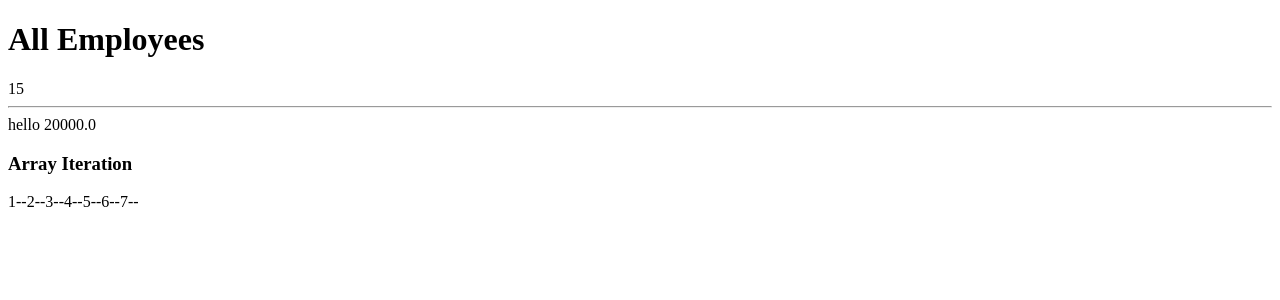
Repository: imtiyaz-hirani/cg-jan-23
Page: http://localhost/MySpringApp/employees
The author's editor kept a copy of each file at every save. The page is drawn from the files as they stood at one save, then again after the next save.
The browser window is 1280 px wide. The pictures show the whole page.
The page is served by Tomcat 9. Other server files are loaded and not shown.

Above is the page before, as saved 2023-01-12 07:01:58.

### MySpringApp/WebContent/WEB-INF/jsps/employees.jsp
<%@ page language="java" contentType="text/html; charset=ISO-8859-1"
    pageEncoding="ISO-8859-1"%>
<!DOCTYPE html>
<html>
<head>
<meta charset="ISO-8859-1">
<title>Insert title here</title>
</head>
<body>
<h1>All Employees</h1>
<%
int x=5;
int y=10;
%>
<%=x+y %>
 <hr>
 <%
 	String value = (String)request.getAttribute("msg");
 	double priceVal = (double) request.getAttribute("price");

 %>
 <%=value %>
 <%=priceVal %>

 <h3>Array Iteration</h3>
 <%
 Integer[] iarry = (Integer[])request.getAttribute("iarry");

 for(Integer i :iarry){
	 out.print(i + "--");
 }
 %>


</body>
</html>

<!--
Java Code
HTML Code + CSS
 -->

### MySpringApp/src/com/spring/app/main/service/EmployeeService.java
package com.spring.app.main.service;

public class EmployeeService {

}

After the next save:
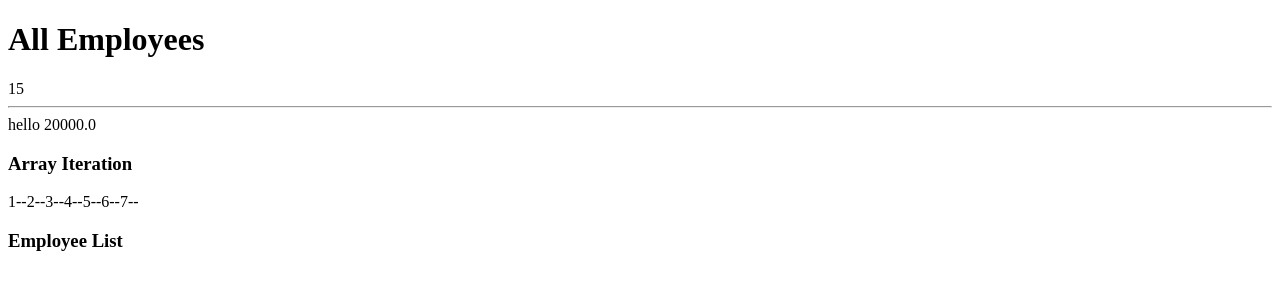
Saved 15 min 0 s later.
--- a/MySpringApp/WebContent/WEB-INF/jsps/employees.jsp
+++ b/MySpringApp/WebContent/WEB-INF/jsps/employees.jsp
@@ -1,3 +1,5 @@
+<%@page import="com.spring.app.main.model.Employee"%>
+<%@page import="java.util.List"%>
 <%@ page language="java" contentType="text/html; charset=ISO-8859-1"
     pageEncoding="ISO-8859-1"%>
 <!DOCTYPE html>
@@ -31,7 +33,11 @@ int y=10;
  }
  %>
 
+ <h3>Employee List</h3>
 
+ <%
+ 	List<Employee> list = (List) request.getAttribute("list");
+ %>
 </body>
 </html>
 
